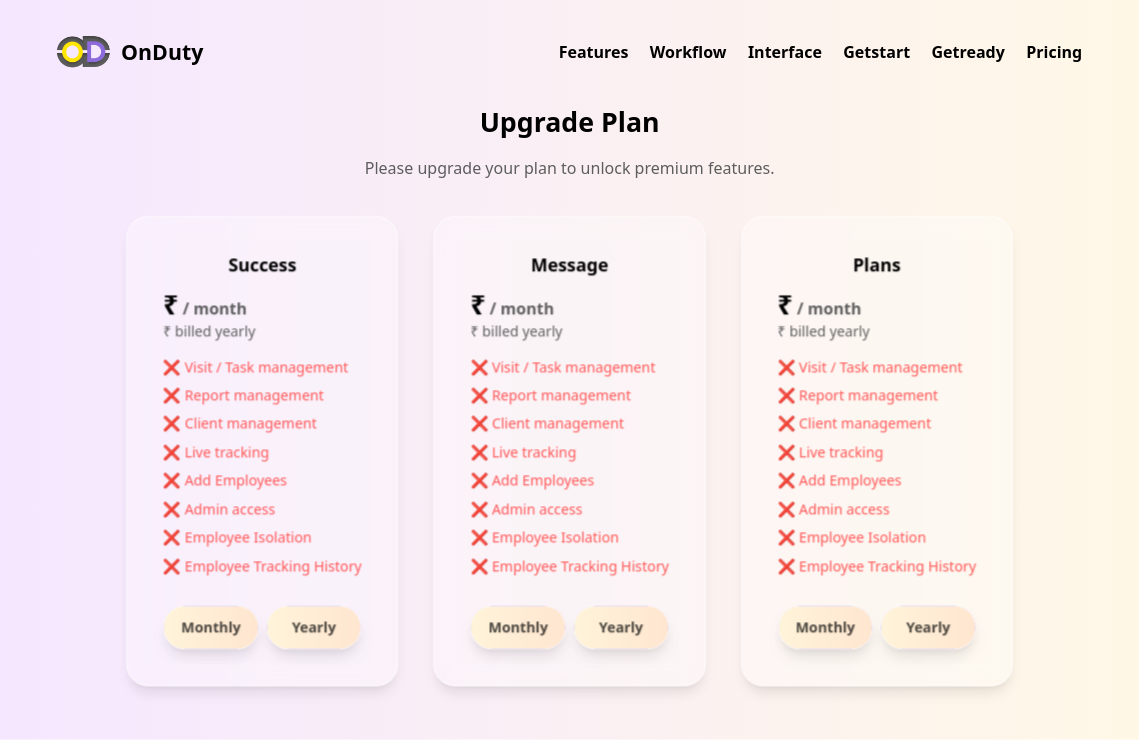
Repository: shekharzorin/ONDUTY-V1
Page: /pricing
These files come from the project's save history. The page is drawn as it stood at one moment and after the next save; the edit follows.
The browser window is 1280 px wide. The pictures show the whole page, at 89% of full size.
The page's requests for data from a server got no answer. The project was rebuilt for these pictures with package versions that can differ from the ones it lists, and the page was loaded fresh each time. The framework's server and built-in components were replaced by stand-ins that run in the browser. No one was signed in, and anything a server would have sent is missing. Also part of the build but not shown: next.config.mjs, vite.config.js, app/components/ui/Crossicon.tsx.

Above is the page before, as saved 2026-01-17 18:41:21.

After the next save:
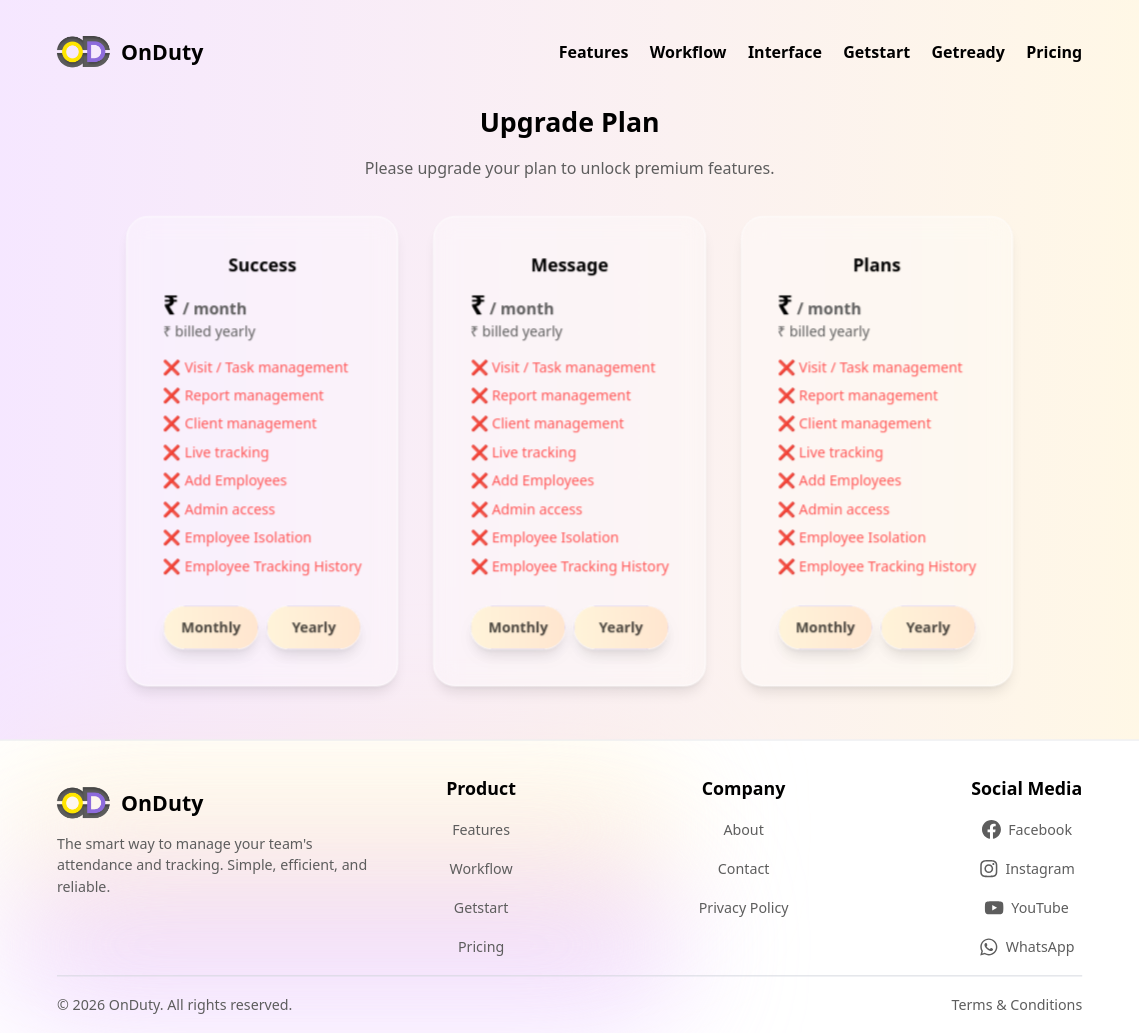
Saved 10 min 46 s later.
--- a/app/pricing/page.tsx
+++ b/app/pricing/page.tsx
@@ -1,7 +1,13 @@
+import Footer from "../components/footer/footer";
 import Pricing from "../components/sections/pricing";
 
 const page = () => {
-  return <Pricing />;
+  return (
+    <div className="flex flex-col items-center justify-center">
+      <Pricing />
+      <Footer />
+    </div>
+  );
 };
 
 export default page;
